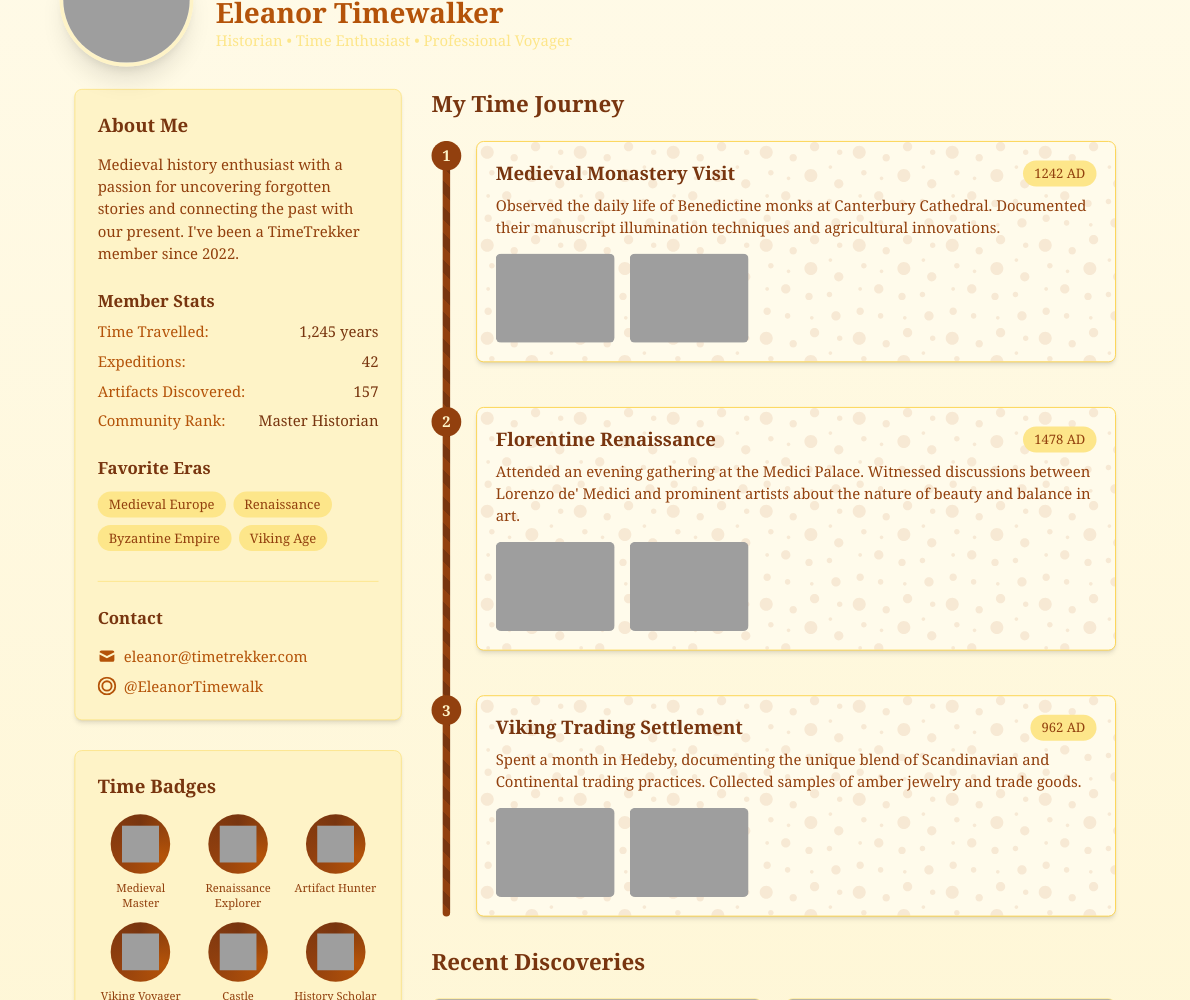
Repository: HamzaChehlaoui/History_Exploration_Website
Page: resources/views/test.html
An editor plug-in stored every save of this project. The page is shown before and after the next save, followed by the edit.
The browser window is 1280 px wide. The pictures show the part of the page from y = 320 to 1395 px (the page is 2567 px tall), at 93% of full size.
Pictures or frames that could not be fetched are drawn as grey boxes. Some web libraries are served in a nearby version.

Above is the page before, as saved 2025-03-17 14:18:14.

After the next save:
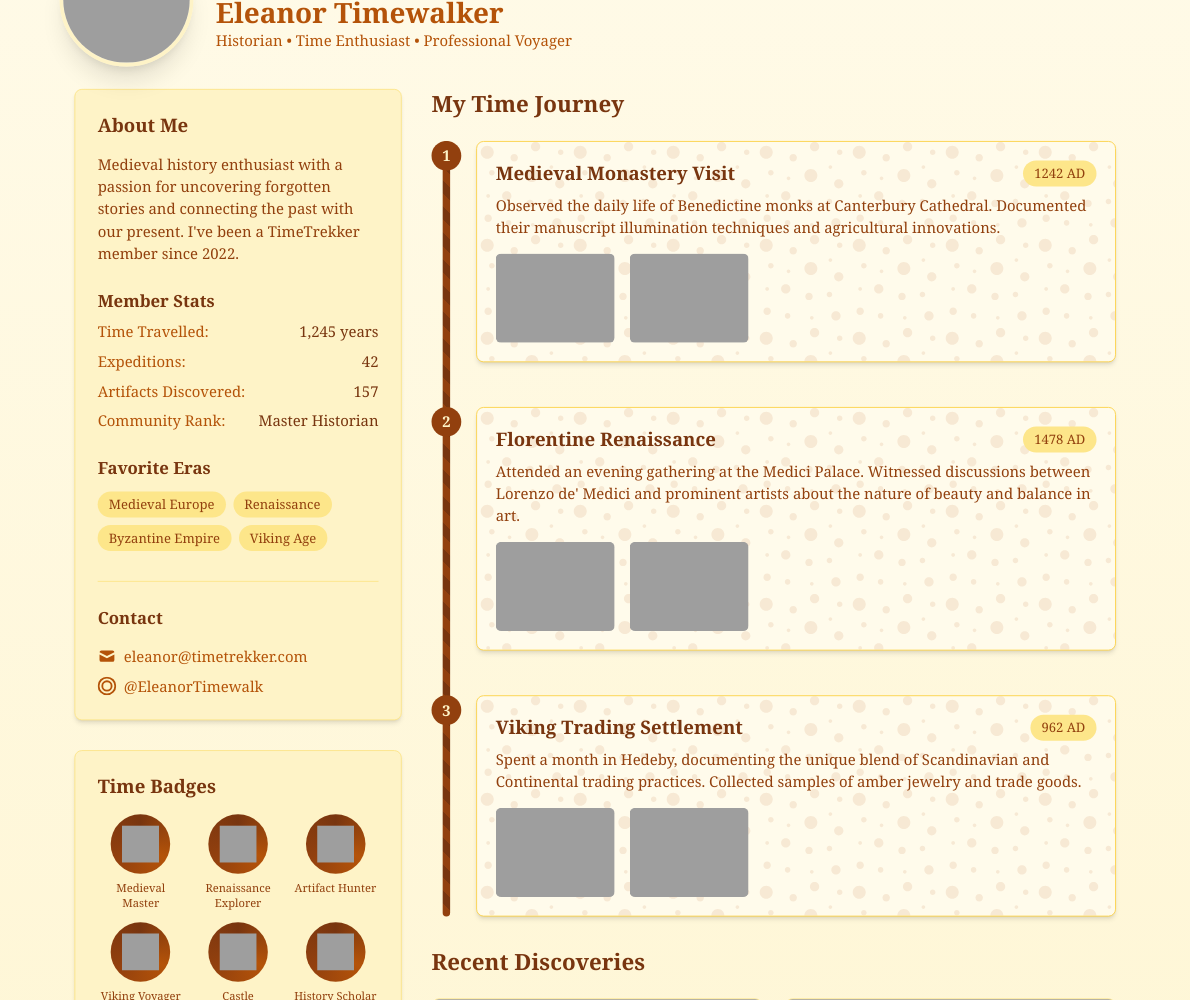
Saved 13 s later.
--- a/resources/views/test.html
+++ b/resources/views/test.html
@@ -70,7 +70,7 @@
                 </div>
                 <div class="ml-6 pb-4">
                     <h1 class="text-3xl font-bold text-amber-700 ">Eleanor Timewalker</h1>
-                    <p class="text-amber-200">Historian • Time Enthusiast • Professional Voyager</p>
+                    <p class="text-amber-700">Historian • Time Enthusiast • Professional Voyager</p>
                 </div>
             </div>
         </div>
